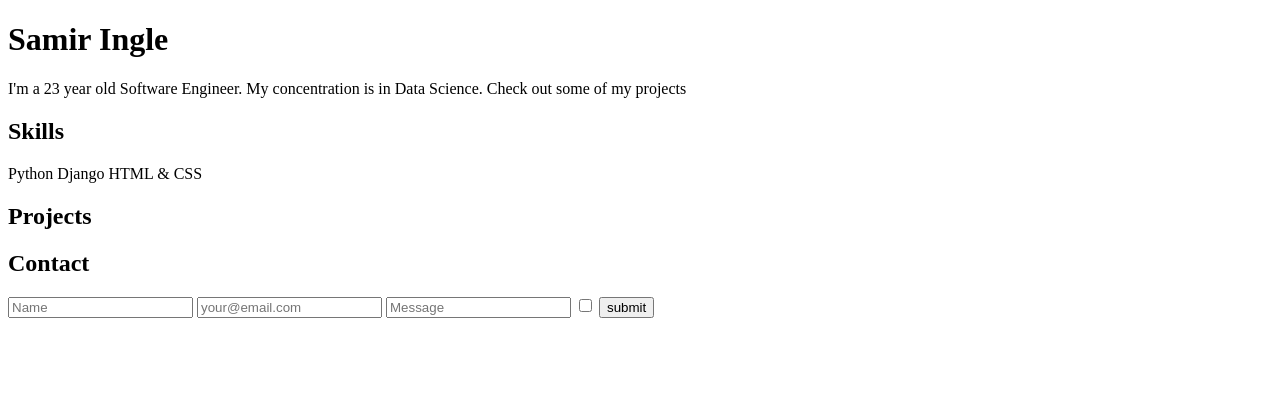
Repository: SamirIngley/html-semantic
Page: templates2/index2.html
An editor plug-in stored every save of this project. The page is shown before and after the next save, followed by the edit.
The browser window is 1280 px wide. The pictures show the whole page.

Above is the page before, as saved 2020-02-09 10:09:22.

After the next save:
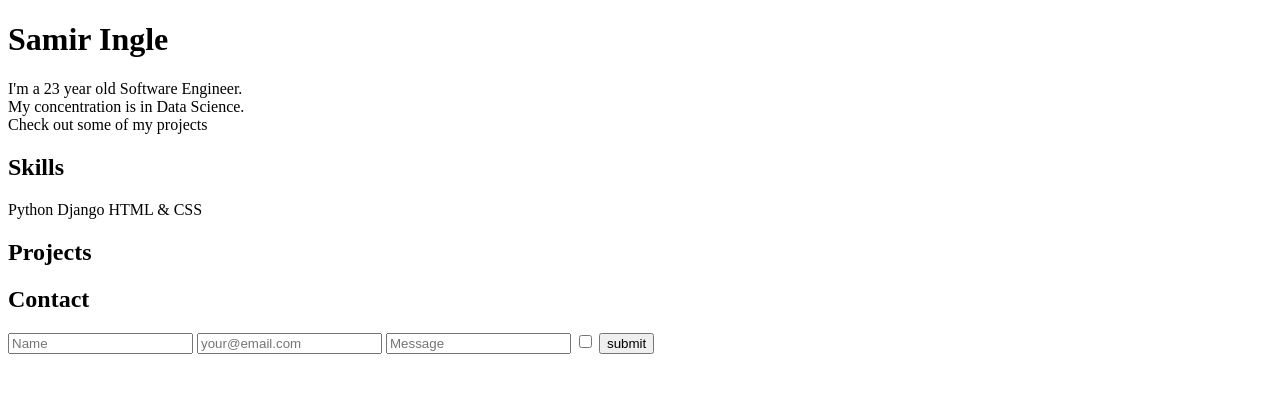
Saved 2 min 0 s later.
--- a/templates2/index2.html
+++ b/templates2/index2.html
@@ -18,8 +18,9 @@
     <div class="bio">
         <article>
             <p>
-                I'm a 23 year old Software Engineer. My concentration
-                is in Data Science. Check out some of my projects
+                I'm a 23 year old Software Engineer.<br>
+                My concentration is in Data Science. <br>
+                Check out some of my projects
             </p>
         </article>
 
